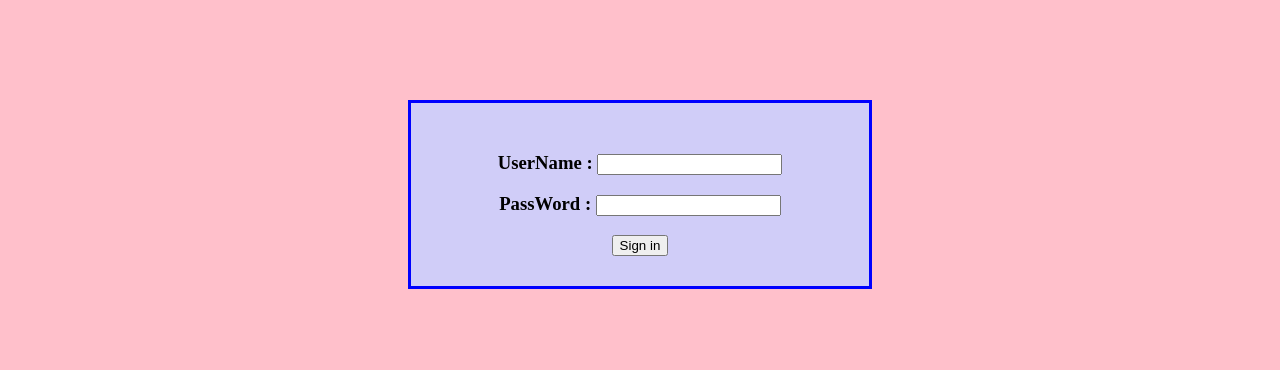
Repository: Vamsigundubogula/E-Commerce-Website
Page: http://localhost/E-commerce-website/signup.jsp
An editor plug-in stored every save of this project. The page is shown before and after the next save, followed by the edit.
The browser window is 1280 px wide. The pictures show the whole page.
The page is served by Tomcat 9. Other server files are loaded and not shown.

Above is the page before, as saved 2023-09-11 09:30:45.

### E-commerce-website/WebContent/signup.jsp
<%@ page language="java" contentType="text/html; charset=ISO-8859-1"
    pageEncoding="ISO-8859-1"%>
<!DOCTYPE html>
<html>
<head>
<meta charset="ISO-8859-1">
<title>Sign up</title>
</head>
<style>
.content {
  justify-content: center;
  display: flex;
  margin: 100px 400px;
  border: 3px solid blue;
  padding: 30px;
  background-color: rgb(208, 205, 248);
}
</style>
<body bgcolor="pink">
    <div class="content">
    <form action="login" method="post" align="center">
    <h3>UserName : <input type="text" name="uname"></h3>
    <h3>PassWord : <input type="text" name="pass"></h3>
    <button type="submit" align="center">Sign in</button>
    </form>
    </div>
</body>
</html>

After the next save:
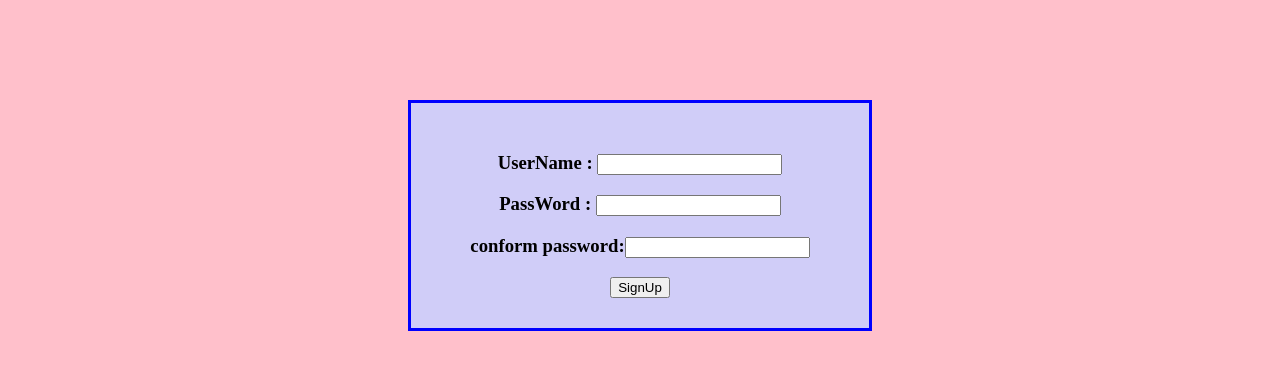
Saved 6 min 18 s later.
--- a/E-commerce-website/WebContent/signup.jsp
+++ b/E-commerce-website/WebContent/signup.jsp
@@ -18,10 +18,11 @@
 </style>
 <body bgcolor="pink">
     <div class="content">
-    <form action="login" method="post" align="center">
+    <form action="signup" method="post" align="center">
     <h3>UserName : <input type="text" name="uname"></h3>
     <h3>PassWord : <input type="text" name="pass"></h3>
-    <button type="submit" align="center">Sign in</button>
+    <h3>conform password:<input type="text" name="cpass"></h3>
+    <button type="submit" align="center">SignUp</button>
     </form>
     </div>
 </body>
